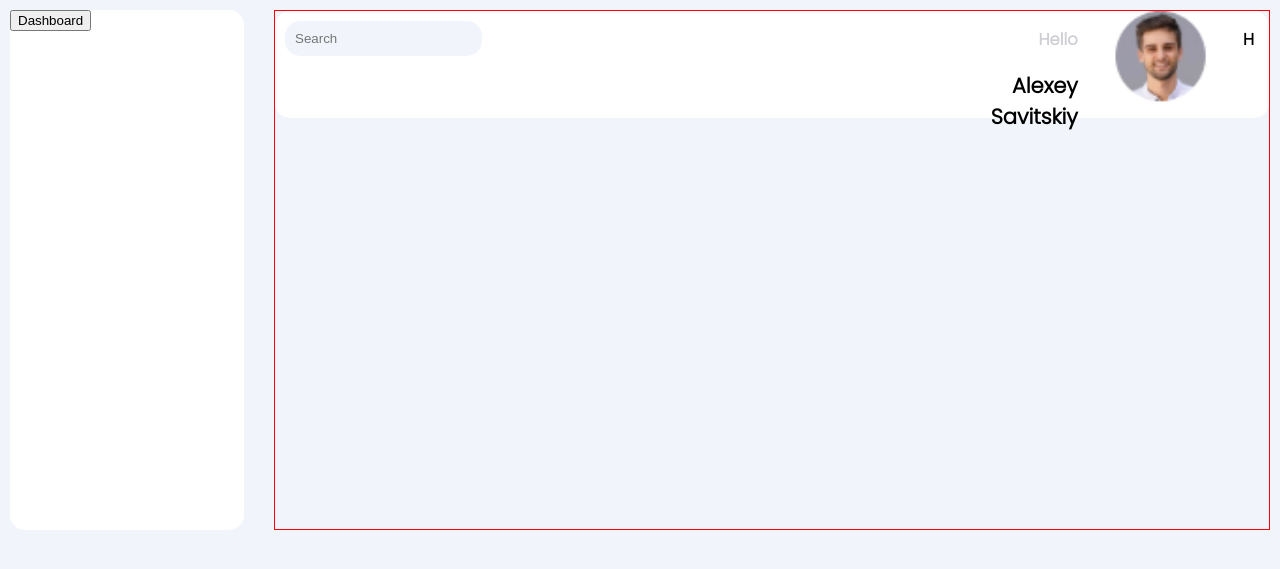
Repository: Anuruddha00/dashboard-design
Page: /
The author's editor kept a copy of each file at every save. The page is drawn from the files as they stood at one save, then again after the next save.
The browser window is 1280 px wide. The pictures show the whole page.
The project was rebuilt for these pictures with package versions that can differ from the ones it lists, and the page was loaded fresh each time.

Above is the page before, as saved 2021-05-07 00:22:22.

After the next save:
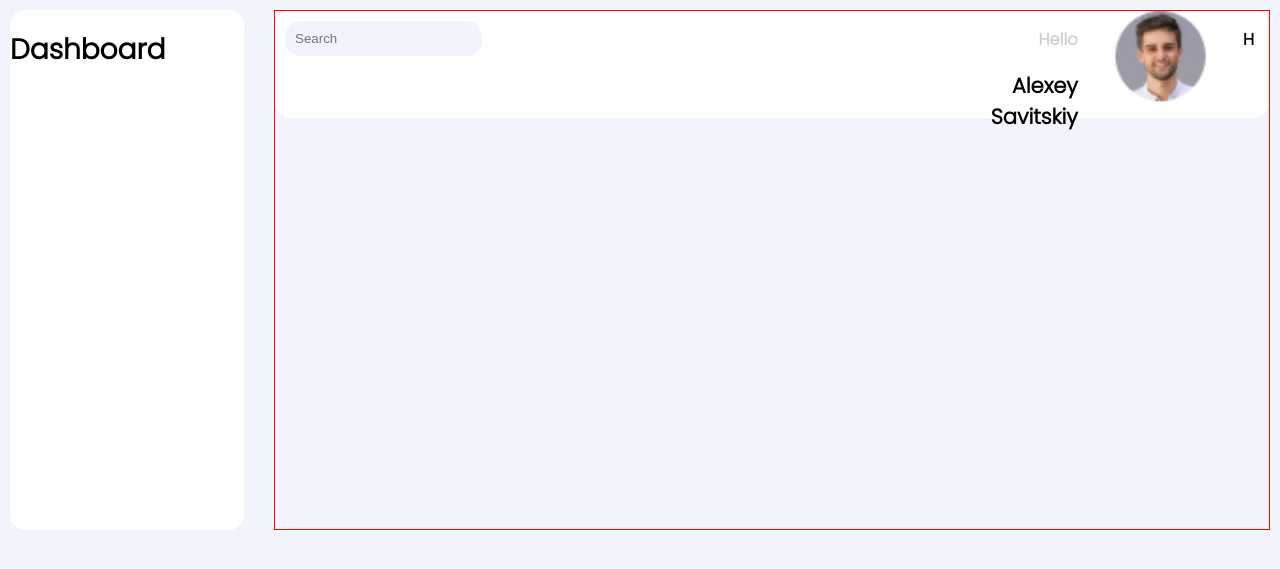
Saved 74 s later.
--- a/src/containers/Dashboard/Dashboard.js
+++ b/src/containers/Dashboard/Dashboard.js
@@ -7,7 +7,7 @@ const dashboard = () =>{
         <div className='container'>
             <div className='dashboard'>
                 <div className='dashboardSideBar'>
-                    <button>Dashboard</button>
+                    <h1>Dashboard</h1>
                 </div>
                 <div className='dashboardMenu'>
                     <section className='content'>
